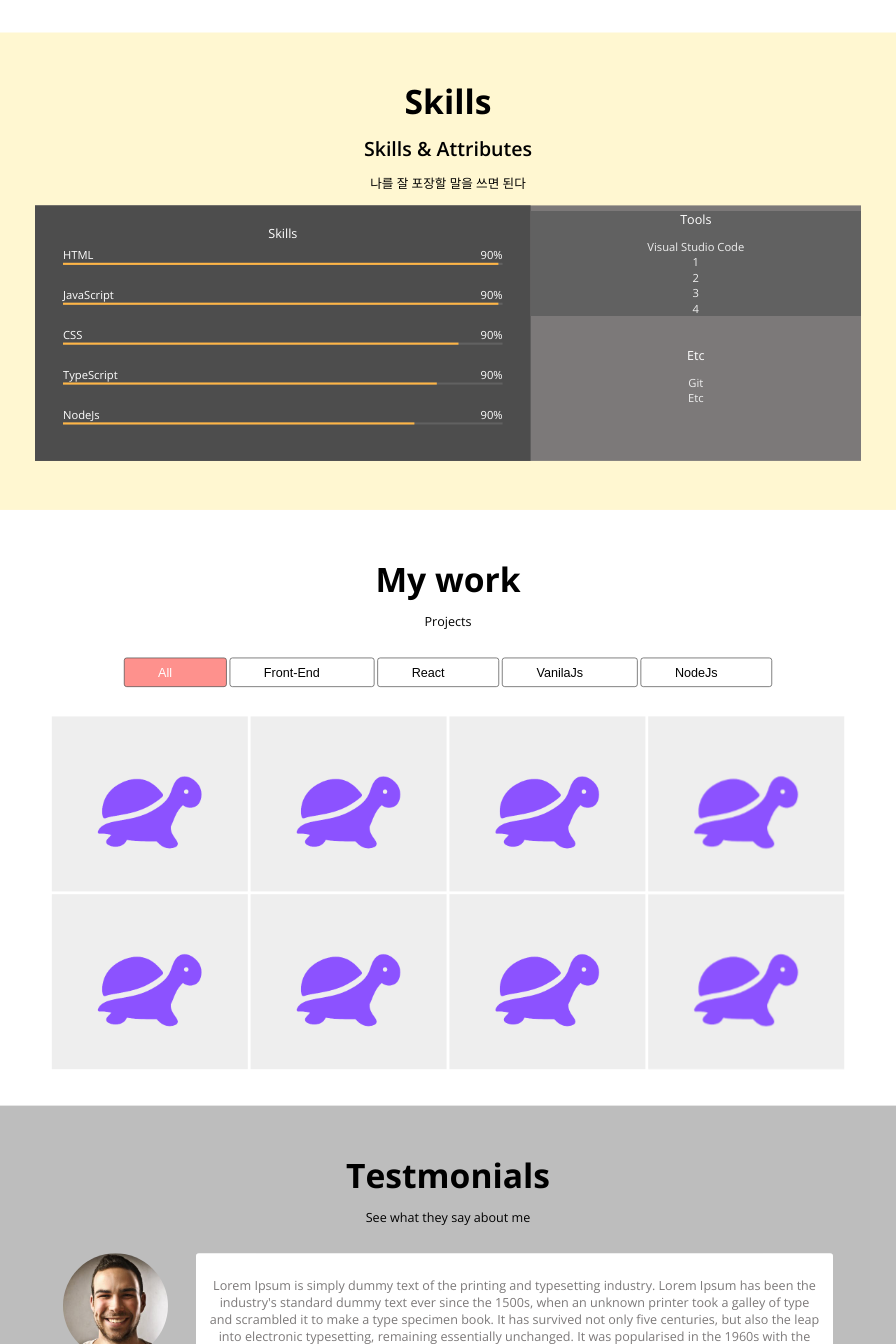
Repository: DevMinwoo-Jung/MinwooPortfolio
Page: index.html
An editor plug-in stored every save of this project. The page is shown before and after the next save, followed by the edit.
The browser window is 1280 px wide. The pictures show the part of the page from y = 2579 to 4499 px (the page is 5419 px tall), at 70% of full size.

Above is the page before, as saved 2021-06-04 11:39:42.

### index.html
<!DOCTYPE html>
<html lang="en">
<head>
  <meta charset="UTF-8">
  <meta http-equiv="X-UA-Compatible" content="IE=edge">
  <meta name="viewport" content="width=device-width, initial-scale=1.0">
  <title>Minwoo's Portfolio</title>
  <meta name="description" content="(will be) world-renowned Front-End Web developer Minwoo">
  <meta name="author" content= "Minwoo Jung">
  <link rel="icon" type ="image/png" href="imgs/favicon.png">
  <link rel="stylesheet" href="https://use.fontawesome.com/releases/v5.15.3/css/all.css" integrity="sha384-SZXxX4whJ79/gErwcOYf+zWLeJdY/qpuqC4cAa9rOGUstPomtqpuNWT9wdPEn2fk" crossorigin="anonymous">
  <link rel="preconnect" href="https://fonts.gstatic.com">
<link href="https://fonts.googleapis.com/css2?family=Open+Sans:wght@400;600;700&display=swap" rel="stylesheet">
<link rel="stylesheet" href="style.css">
<script src="main.js" defer></script>
</head>
<body>
  <!-- Navbar -->
  <nav id="navbar">
    <div class="navbar__logo">
      <img src="imgs/favicon.png" alt="">
      <a href="#">Minwoo</a>
    </div>
    <div class="navbar__menu">
      <ul class="navbar__menu">
        <li class="navbar__menu__item active" data-link="#home">Home</li>
        <li class="navbar__menu__item" data-link="#about">About</li>
        <li class="navbar__menu__item" data-link="#skills">Skills</li>
        <li class="navbar__menu__item" data-link="#work">My work</li>
        <li class="navbar__menu__item" data-link="#testimonials">Testimonial</li>
        <li class="navbar__menu__item" data-link="#contact">Contact</li>
      </ul>
    </div>
  <!-- Toggle Button -->
      <button class="navbar__toggle-btn">
        <i class="fas fa-bars"></i>
      </button>
  </nav>

  <!-- Arrow Button -->
    <button class="home__btn" data-link="#home">
      <i class="fas fa-chevron-circle-up"></i>
    </button>


  <!-- Home -->
  <section id="home">
    <div class="home__container">
      <img src="imgs/myPhoto.jpg" alt="Minwoo's profile photo" class="home__avatar">
      <h1 class="home__title">반갑습니다. <br> 프론트엔드 개발자 정민우입니다.</h1>
      <h2 class="home__description">멈추지 않는 개발자로 살아가고싶습니다.</h2>
      <button class="home__contact" data-link="#contact">Contact Me</button>
    </div>
  </section>
  <!-- About -->
  <section id="about" class="section section__container">
    <h1>About me</h1>
    <p>나를 나타내는 문장 문장 장문 문에 있는 고추장</p>
    <div class="aoubt__majors">
      <div class="major">
        <div class="major__icon">
          <i class="fab fa-js-square"></i>
        </div>
        <h2 class="major__title">Front-End</h2>
        <div class="major__description">
          HTML, CSS, JavaScript, TypeScript
        </div>
      </div>
      <div class="major">
        <div class="major__icon">
          <i class="fab fa-node"></i>
        </div>
        <div class="major__title">Back-End</div>
        <div class="major__description">
          HTML, CSS, JavaScript, TypeScript
        </div>
      </div>
      <div class="major">
        <div class="major__icon">
          <i class="fab fa-react"></i>
        </div>
        <div class="major__title">Framework</div>
        <div class="major__description">
          HTML, CSS, JavaScript, TypeScript
        </div>
      </div>
    </div>
    <div class="aoubt__jobs">
      <div class="job">
        <img src="imgs/school.png" alt="" class="job__logo">
      </div>
      <div class="job__description">
        <p class="job__period">쌍용교육센터 - 2019.09 ~ 2020.04</p>
      </div>
      <div class="job">
        <img src="imgs/school.png" alt="" class="job__logo">
      </div>
      <div class="job__description">
        <p class="job__period">호서대학교 - 2012.02 ~ 2017.02</p>
      </div>
    </div>



  </section>
  <!-- Skills -->
  <section id="skills" class="section">
    <div class="section__container">
      <h1>Skills</h1>
      <h2>Skills & Attributes</h2>
      <p>
        나를 잘 포장할 말을 쓰면 된다
      </p>
      <div class="skillset">
        <div class="skillset__left">
          <h3 class="skillset__title">Skills</h3>
          <div class="skill">
            <div class="skill__description">
              <span>HTML</span>
              <span>90%</span>
            </div>
            <div class="skill__bar">
              <div class="skill__value" style="width: 99%;"></div>
            </div>
          </div>
          <div class="skill">
            <div class="skill__description">
              <span>JavaScript</span>
              <span>90%</span>
            </div>
            <div class="skill__bar">
              <div class="skill__value"  style="width: 99%;"></div>
            </div>
          </div>
          <div class="skill">
            <div class="skill__description">
              <span>CSS</span>
              <span>90%</span>
            </div>
            <div class="skill__bar">
              <div class="skill__value"  style="width: 90%;"></div>
            </div>
          </div>
          <div class="skill">
            <div class="skill__description">
              <span>TypeScript</span>
              <span>90%</span>
            </div>
            <div class="skill__bar">
              <div class="skill__value"  style="width: 85%;"></div>
            </div>
          </div>
          <div class="skill">
            <div class="skill__description">
              <span>NodeJs</span>
              <span>90%</span>
            </div>
            <div class="skill__bar">
              <div class="skill__value"  style="width: 80%;"></div>
            </div>
          </div>
        </div>
        <div class="skillset__right">
          <div class="tools">
            <h3 class="skillset__title">Tools</h3>
            <ul class="tools__list">
              <li><span>Visual Studio Code</span></li>
              <li><span>1</span></li>
              <li><span>2</span></li>
              <li><span>3</span></li>
              <li><span>4</span></li>
            </ul>
          </div>
          <div class="etc">
            <h3 class="skillset__title">Etc</h3>
            <ul class="etc__list">
              <li><span>Git</span></li>
              <li><span>Etc</span></li>
            </ul>
          </div>
        </div>
      </div>
    </div>
  </section>
  <!-- Work -->
  <section id="work" class="section">
<div class="section__container">
  <h1>My work</h1>
  <h3>Projects</h3>
  <div class="work__categories">
    <button class="category__btn active" data-filter="*">All <span class="category__count">8</span></button>
    <button class="category__btn" data-filter="Front-End">Front-End <span class="category__count">3</span></button>
    <button class="category__btn" data-filter="React">React <span class="category__count">2</span></button>
    <button class="category__btn" data-filter="vanilaJs">VanilaJs <span class="category__count">2</span></button>
    <button class="category__btn" data-filter="nodeJs">NodeJs <span class="category__count">1</span></button>
  </div>
  <div class="work__projects">
    <a href="mygithub" class="project" target="blank" data-type="*">
    <img class="project__img" src="imgs/favicon.png" alt="project1">
    <!-- 이미지 추후에 넣자 -->
    <div class="project__description">
      <h3>Proejct</h3>
      <span>Clone coding with HTML and CSS</span>
    </div>
    </a>
    <a href="mygithub" class="project" target="blank" data-type="Front-End">
      <img class="project__img" src="imgs/favicon.png" alt="project1">
      <!-- 이미지 추후에 넣자 -->
      <div class="project__description">
        <h3>Proejct</h3>
        <span>Clone coding with HTML and CSS</span>
      </div>
      </a>
      <a href="mygithub" class="project" target="blank" data-type="Front-End">
        <img class="project__img" src="imgs/favicon.png" alt="project1">
        <!-- 이미지 추후에 넣자 -->
        <div class="project__description">
          <h3>Proejct</h3>
          <span>Clone coding with HTML and CSS</span>
        </div>
      </a>
      <a href="mygithub" class="project" target="blank" data-type="React">
        <img class="project__img" src="imgs/favicon.png" alt="project1">
        <!-- 이미지 추후에 넣자 -->
        <div class="project__description">
          <h3>Proejct</h3>
          <span>Clone coding with HTML and CSS</span>
        </div>
      </a>
      <a href="mygithub" class="project" target="blank" data-type="vanilaJs">
        <img class="project__img" src="imgs/favicon.png" alt="project1">
        <!-- 이미지 추후에 넣자 -->
        <div class="project__description">
          <h3>Proejct</h3>
          <span>Clone coding with HTML and CSS</span>
        </div>
      </a>
      <a href="mygithub" class="project" target="blank" data-type="vanilaJs">
        <img class="project__img" src="imgs/favicon.png" alt="project1">
        <!-- 이미지 추후에 넣자 -->
        <div class="project__description">
          <h3>Proejct</h3>
          <span>Clone coding with HTML and CSS</span>
        </div>
      </a>
      <a href="mygithub" class="project" target="blank" data-type="nodeJs">
        <img class="project__img" src="imgs/favicon.png" alt="project1">
        <!-- 이미지 추후에 넣자 -->
        <div class="project__description">
          <h3>Proejct</h3>
          <span>Clone coding with HTML and CSS</span>
        </div>
      </a>
      <a href="mygithub" class="project" target="blank" data-type="React">
        <img class="project__img" src="imgs/favicon.png" alt="project1">
        <!-- 이미지 추후에 넣자 -->
        <div class="project__description">
          <h3>Proejct</h3>
          <span>Clone coding with HTML and CSS</span>
        </div>
      </a>
  </div>
</div>
  </section>
  <!-- Testimonials -->
  <section id="testimonials" class="section">
<div class="section__container">
  <h1>Testmonials</h1>
  <h3>See what they say about me</h3>
  <div class="testimonials">
    <div class="testimonial">
      <img src="imgs/testimonail/people.jpg" alt="" class="testimonial__avatar">
      <div class="testimonail__speech-bubble">
        <p>Lorem Ipsum is simply dummy text of the printing and typesetting industry. Lorem Ipsum has been the industry's standard dummy text ever since the 1500s, when an unknown printer took a galley of type and scrambled it to make a type specimen book. It has survived not only five centuries, but also the leap into electronic typesetting, remaining essentially unchanged. It was popularised in the 1960s with the release of Letraset sheets containing Lorem Ipsum passages, and more recently with desktop publishing software like Aldus PageMaker including versions of Lorem Ipsum.</p>
        <p class="name"><a href="">이름</a>일한곳</p>
      </div>
    </div>
    <div class="testimonial">
      <div class="testimonail__speech-bubble">
        <p>Lorem Ipsum is simply dummy text of the printing and typesetting industry. Lorem Ipsum has been the industry's standard dummy text ever since the 1500s, when an unknown printer took a galley of type and scrambled it to make a type specimen book. It has survived not only five centuries, but also the leap into electronic typesetting, remaining essentially unchanged. It was popularised in the 1960s with the release of Letraset sheets containing Lorem Ipsum passages, and more recently with desktop publishing software like Aldus PageMaker including versions of Lorem Ipsum.</p>
        <p class="name"><a href="">이름</a>일한곳</p>
      </div>
      <img src="imgs/testimonail/people.jpg" alt="" class="testimonial__avatar">
    </div>
  </div>
</div>
  </section>
  <!-- Contact -->
  <section id="contact" class="section">
    <h1 class="contact__title">Let's talk</h1>
    <h2 class="contact__email">applejung312@gmail.com</h2>
    <div class="contact__links">
      <a href="https://github.com/DevMinwoo-Jung" target="_blank">
        <i class="fab fa-github"></i>
      </a>
      <a href="https://dev-minwoo.tistory.com/" target="_blank">
        <i class="fas fa-blog"></i>
      </a>
    </div>
    <p class="contact__right">
      2021 Minwoo Jung - All rights reseverd
    </p>
  </section>
</body>
</html>

Loaded but not shown: main.js (102 lines, source omitted); style.css (560 lines, source omitted)

After the next save:
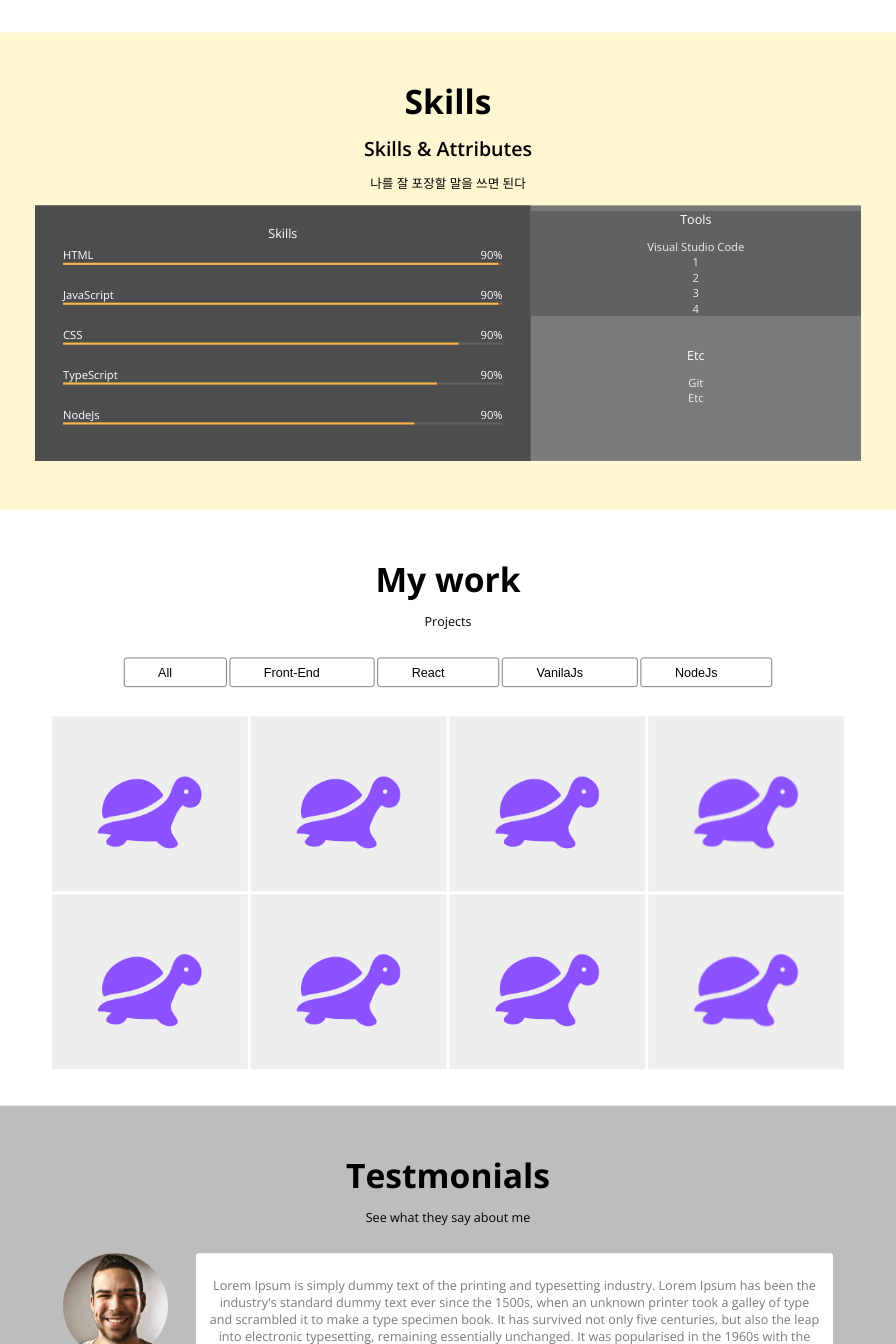
Saved 43 s later.
--- a/index.html
+++ b/index.html
@@ -188,7 +188,7 @@
   <h1>My work</h1>
   <h3>Projects</h3>
   <div class="work__categories">
-    <button class="category__btn active" data-filter="*">All <span class="category__count">8</span></button>
+    <button class="category__btn" data-filter="*">All <span class="category__count">8</span></button>
     <button class="category__btn" data-filter="Front-End">Front-End <span class="category__count">3</span></button>
     <button class="category__btn" data-filter="React">React <span class="category__count">2</span></button>
     <button class="category__btn" data-filter="vanilaJs">VanilaJs <span class="category__count">2</span></button>

After the save that followed:
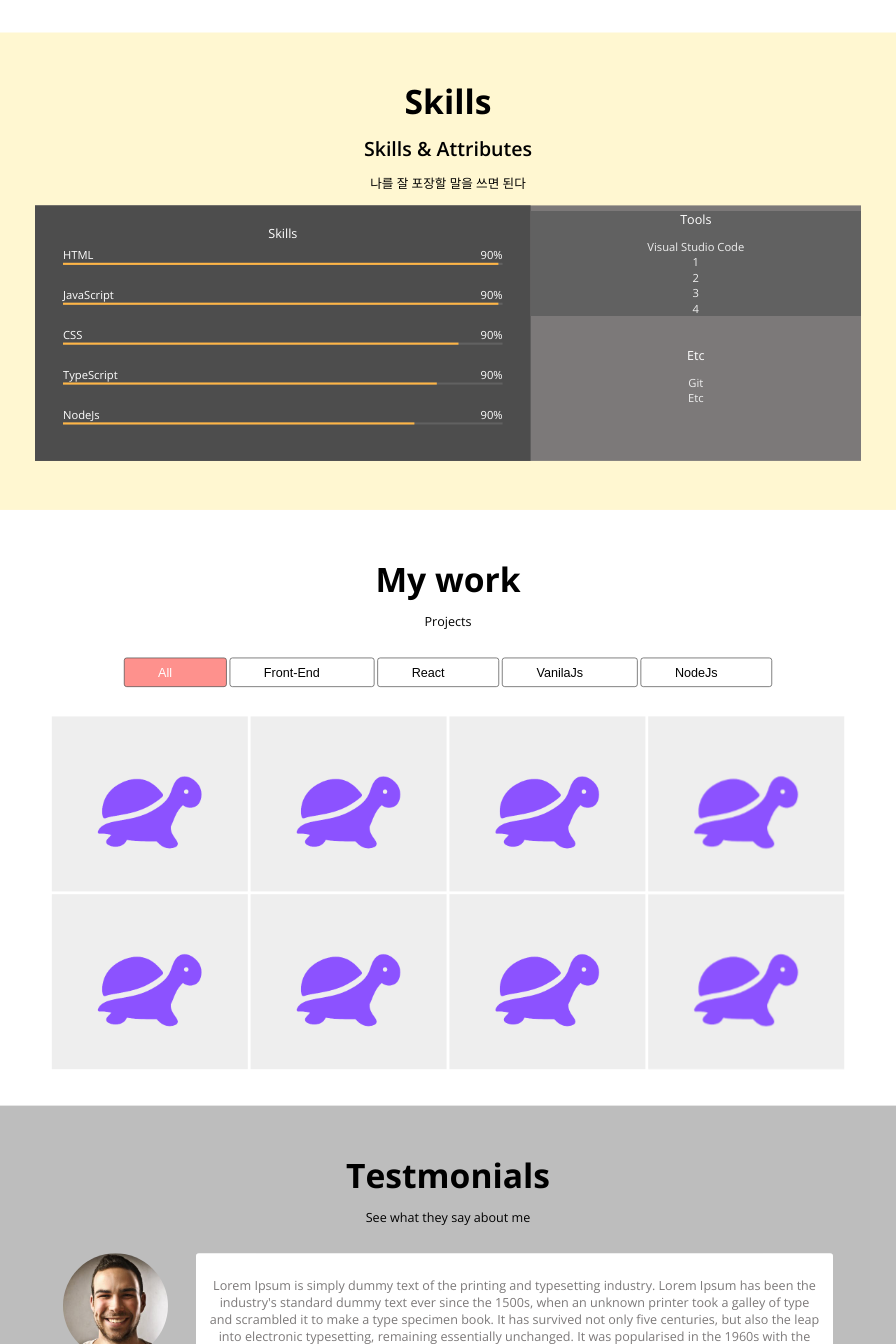
Saved 9 s later.
--- a/index.html
+++ b/index.html
@@ -188,7 +188,7 @@
   <h1>My work</h1>
   <h3>Projects</h3>
   <div class="work__categories">
-    <button class="category__btn" data-filter="*">All <span class="category__count">8</span></button>
+    <button class="category__btn active" data-filter="*">All <span class="category__count">8</span></button>
     <button class="category__btn" data-filter="Front-End">Front-End <span class="category__count">3</span></button>
     <button class="category__btn" data-filter="React">React <span class="category__count">2</span></button>
     <button class="category__btn" data-filter="vanilaJs">VanilaJs <span class="category__count">2</span></button>
